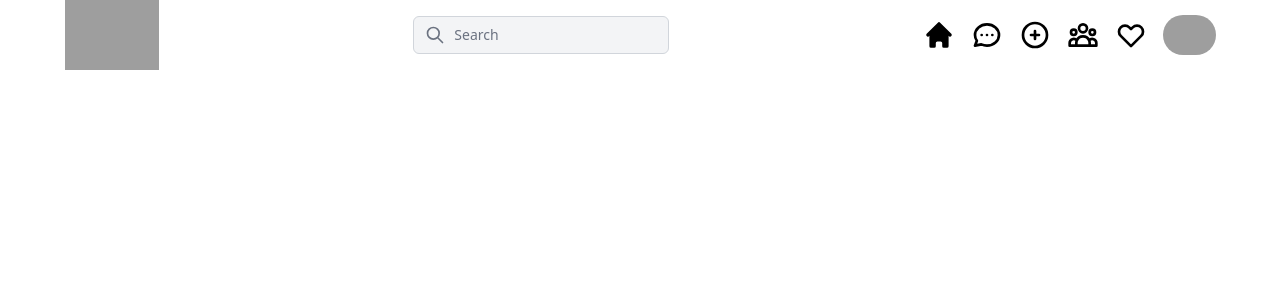
Repository: Qu4ntumGuy/insta-clone
Page: /
An editor plug-in stored every save of this project. The page is shown before and after the next save, followed by the edit.
The browser window is 1280 px wide. The pictures show the whole page.
Pictures or frames that could not be fetched are drawn as grey boxes. The project was rebuilt for these pictures with package versions that can differ from the ones it lists, and the page was loaded fresh each time. The framework's server and built-in components were replaced by stand-ins that run in the browser. Also part of the build but not shown: next.config.js.

Above is the page before, as saved 2022-03-16 13:15:55.

After the next save:
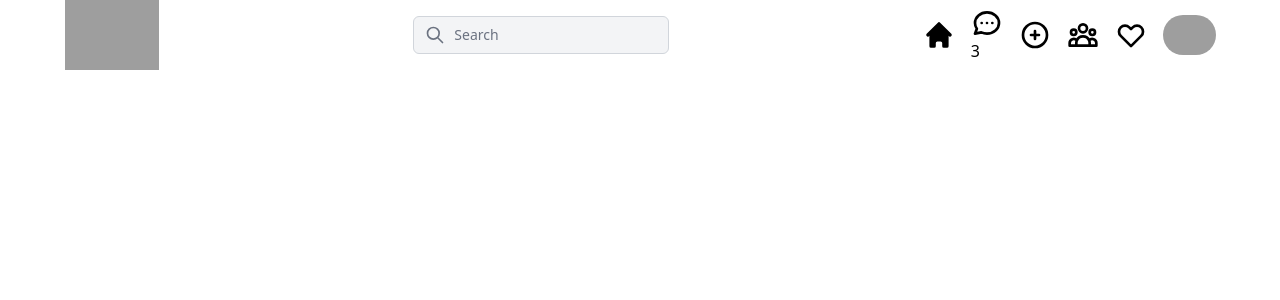
Saved 30 s later.
--- a/components/Header.js
+++ b/components/Header.js
@@ -42,7 +42,8 @@ const Header = () => {
         <div className="flex items-center space-x-4">
           <HomeIcon className=" h-8 w-8" />
           <div className=" relative">
-          <ChatIcon className=" h-8 w-8" />
+            <ChatIcon className=" h-8 w-8" />
+            <div className="">3</div>
           </div>
           <PlusCircleIcon className=" h-8 w-8" />
           <UserGroupIcon className="h-8 w-8" />
